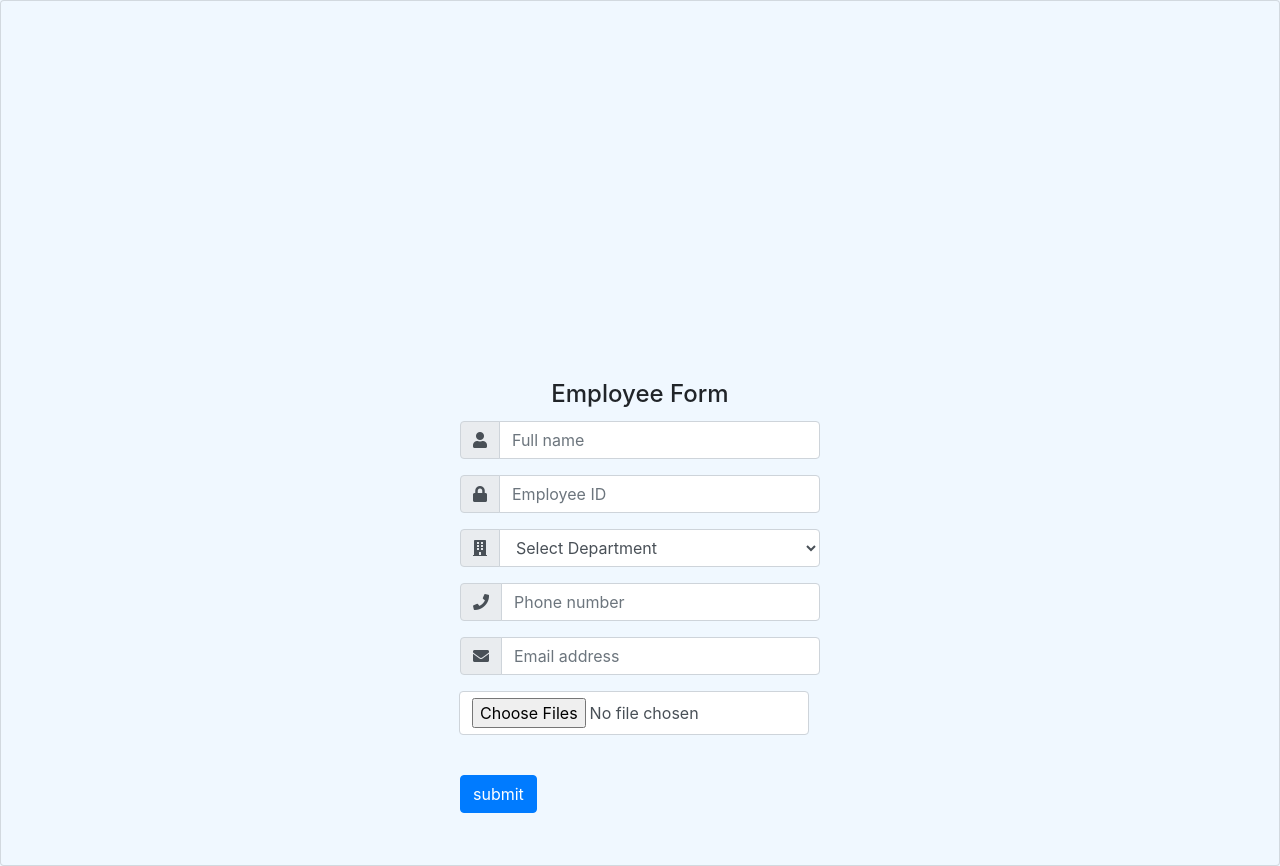
Repository: Abdulah68/ARASCO
Page: index.html
The author's editor kept a copy of each file at every save. The page is drawn from the files as they stood at one save, then again after the next save.
The browser window is 1280 px wide. The pictures show the whole page.
Some web libraries are served in a nearby version.

Above is the page before, as saved 2020-12-24 14:39:35.
Console error: TypeError: Cannot read properties of undefined (reading 'fn')

After the next save:
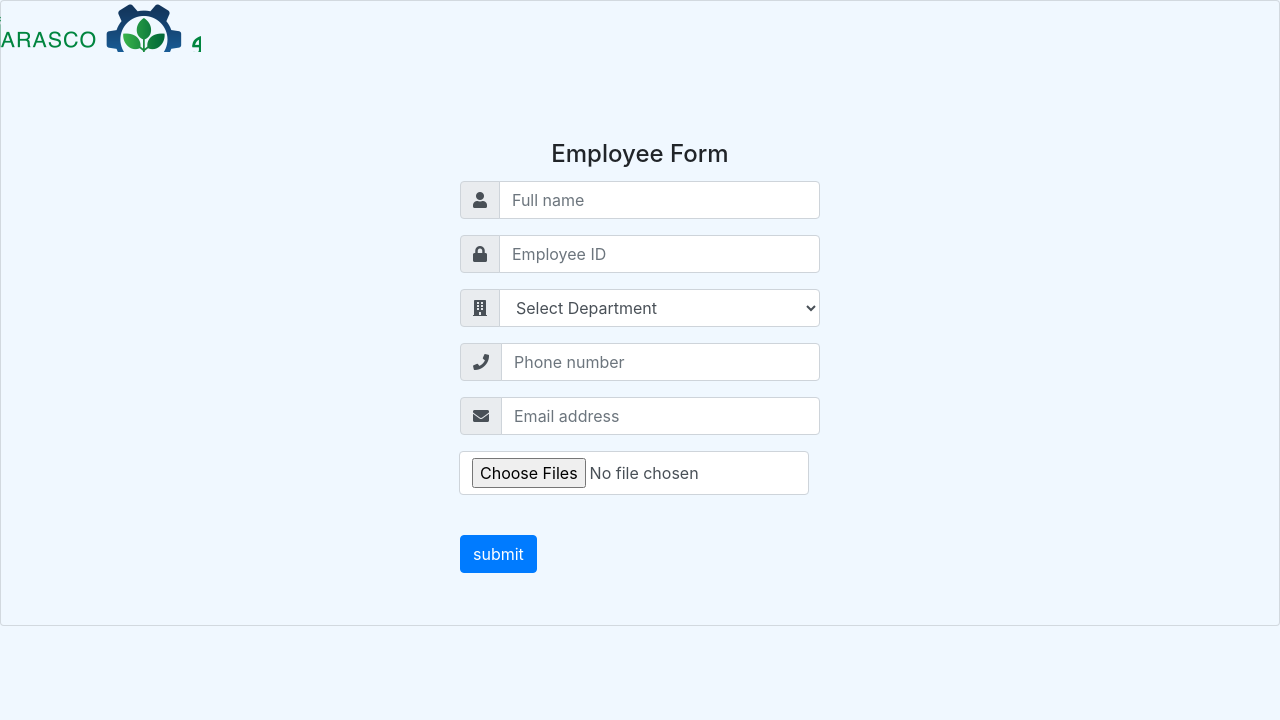
Saved 15 s later.
--- a/style.css
+++ b/style.css
@@ -7,6 +7,6 @@
     margin-left: -572px;
     margin-right:1078px;
     margin-bottom: 52px;
-    width: -0px;
+
 
 }
